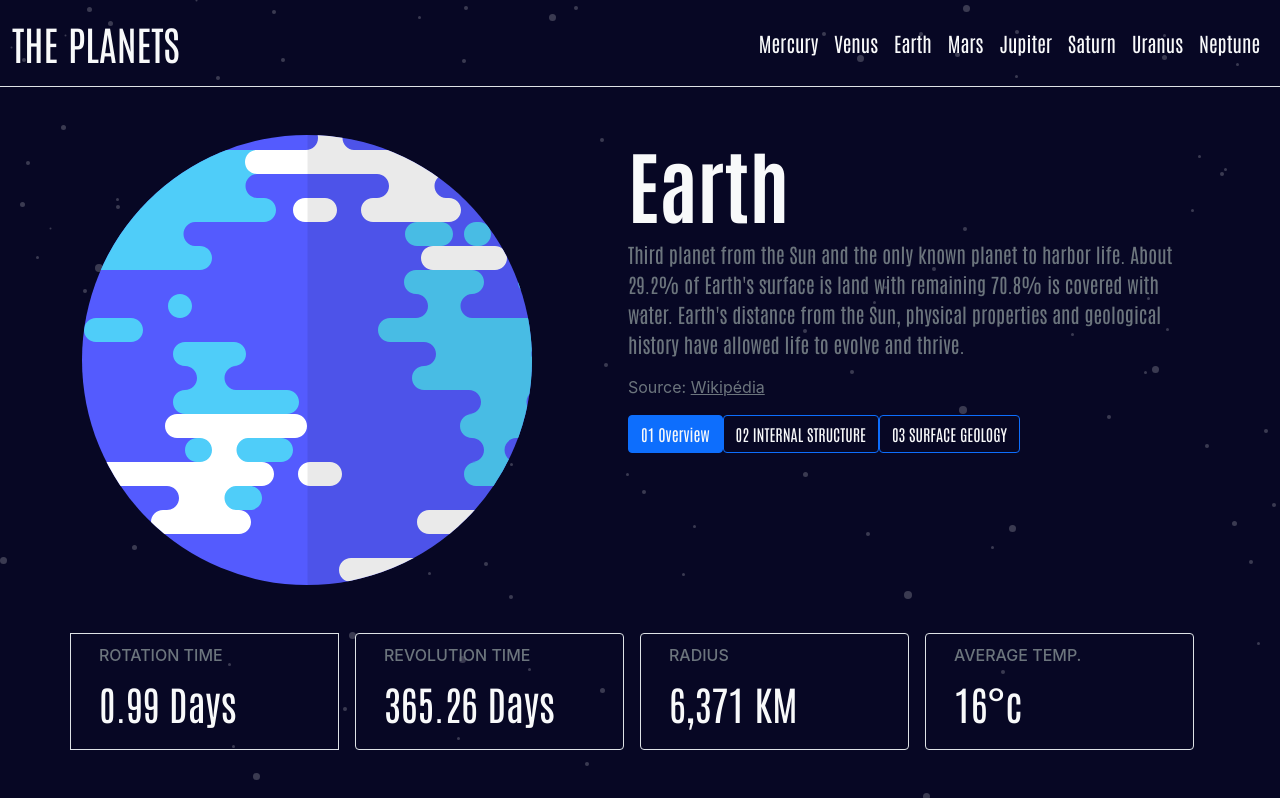
Repository: andre06x/the-planets
Page: /
An editor plug-in stored every save of this project. The page is shown before and after the next save, followed by the edit.
The browser window is 1280 px wide. The pictures show the whole page.
The project was rebuilt for these pictures with package versions that can differ from the ones it lists, and the page was loaded fresh each time.

Above is the page before, as saved 2021-10-19 16:29:33.

After the next save:
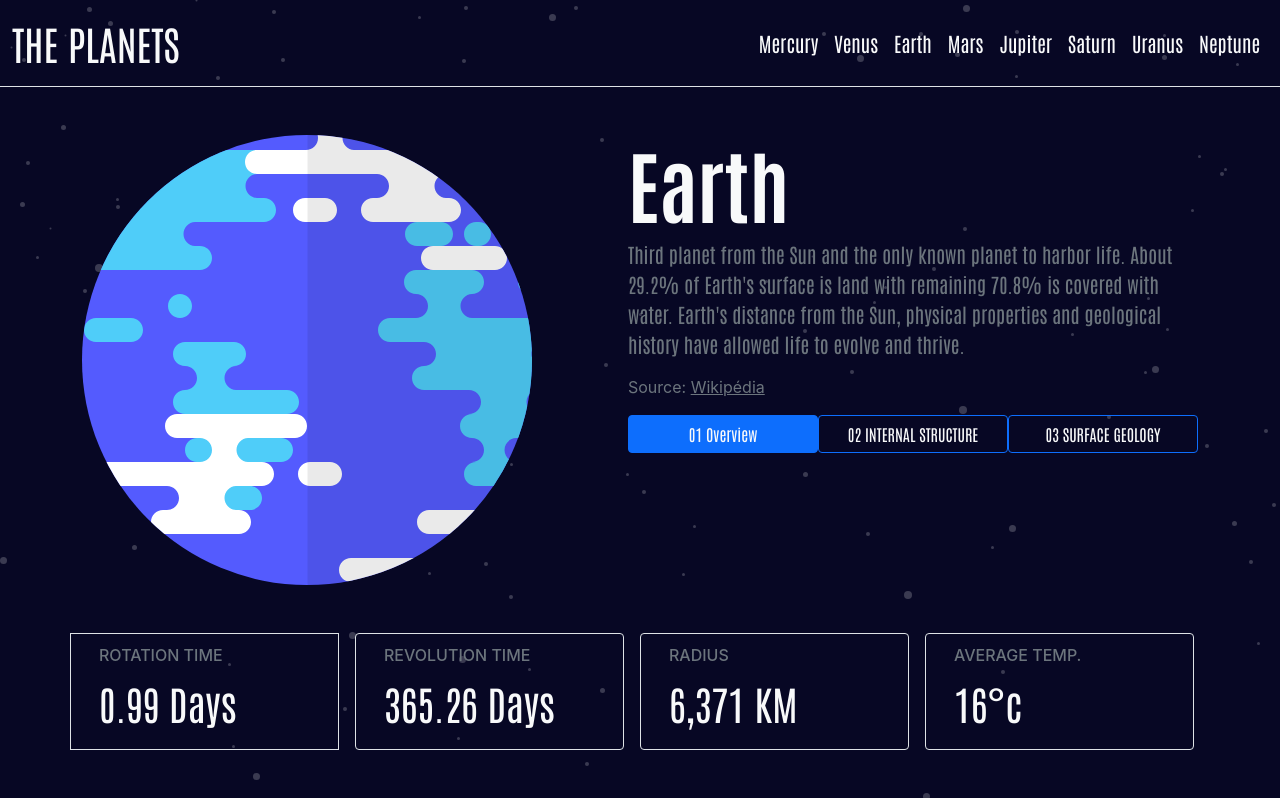
Saved 8 s later.
--- a/src/components/Container.js
+++ b/src/components/Container.js
@@ -69,7 +69,7 @@ const Container = () => {
             <div className="d-flex md-flex-column mt-md-3 font-antonio fw-bold">
               {op.map(o => (
                 <button
-                  className={`btn text-light btn-outline-primary mb-3 ${selectBox === o.id ? ' btn-primary' : ''}`}
+                  className={`btn text-light btn-outline-primary mb-3 col-4${selectBox === o.id ? ' btn-primary' : ''}`}
                   onClick={() => buttonChange(o)}
                 >
                   {o.titulo}
